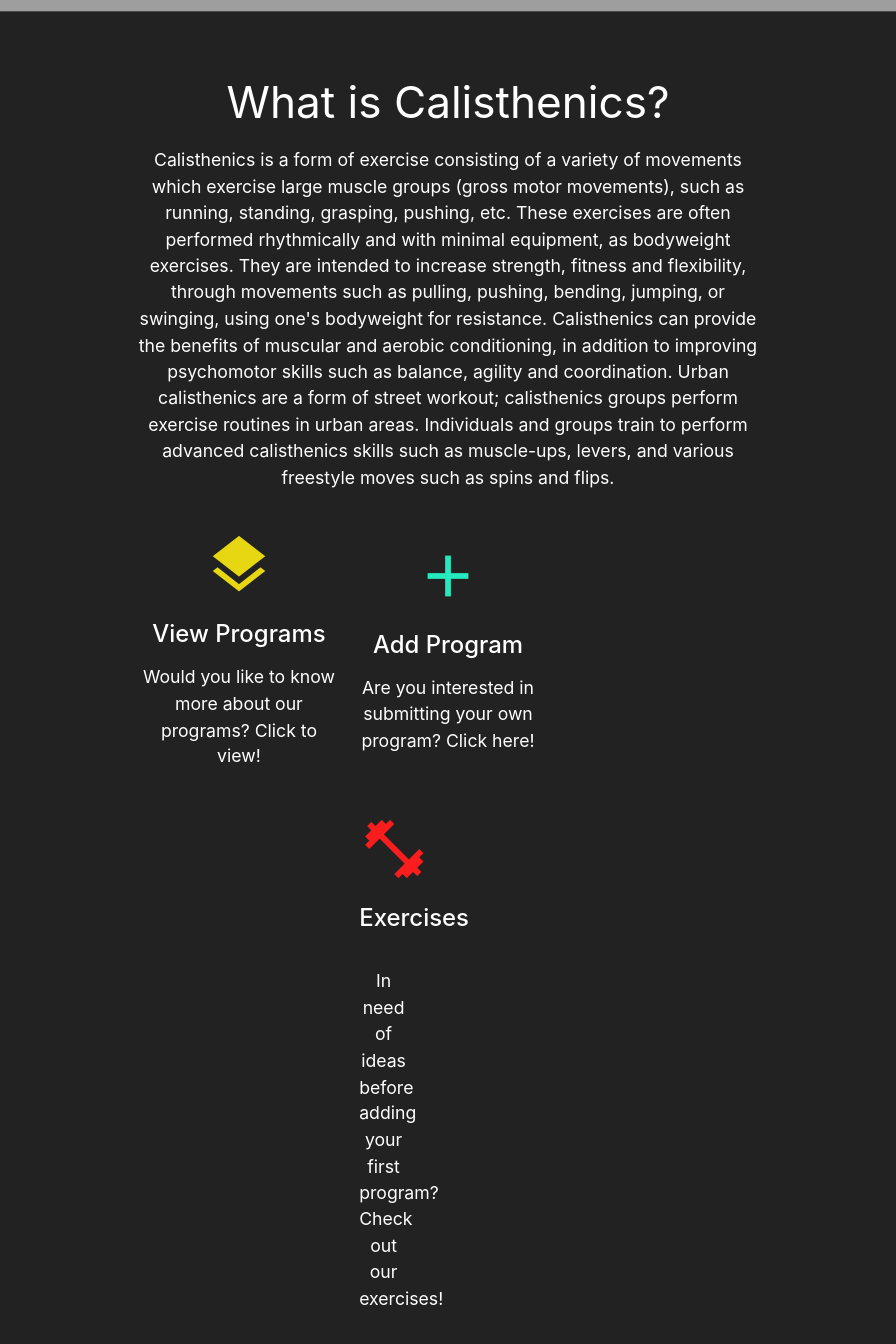
Repository: Ario124/calisthenics-project
Page: http://localhost/
The author's editor kept a record of every edit. The page is drawn from the files as they stood at one moment, then again after the next edit.
The browser window is 1280 px wide. The pictures show the part of the page from y = 703 to 2623 px (the page is 2623 px tall before and 1892 px after), at 70% of full size.
Pictures or frames that could not be fetched are drawn as grey boxes. The page is served by the project's application, run on Flask 3 (app.py).

Above is the page before.

### templates/index.html
{% extends 'base.html' %} {% block content %}

<div class="video-container">
    <iframe src="///www.youtube.com/embed/FHBtLAvNGo4?start=14&end=103&controls=0&showinfo=0&rel=0&autoplay=1&loop=1&playlist=FHBtLAvNGo4&mute=1" frameborder="0" allowfullscreen></iframe>
</div>


<div class="container">
    <div class="col s12 center">
        <h1 class="center expert_title">What is Calisthenics?</h1>

        <p class="flow-text">
            Calisthenics is a form of exercise consisting of a variety of movements which exercise large muscle groups (gross motor movements), such as running, standing, grasping, pushing, etc. These exercises are often performed rhythmically and with minimal equipment,
            as bodyweight exercises.<span class="hide-on-med-and-down"> They are intended to increase strength, fitness and flexibility, through
                                    movements such as pulling, pushing, bending, jumping, or swinging, using one's bodyweight for resistance. Calisthenics can provide
                                    the benefits of muscular and aerobic conditioning, in addition to improving psychomotor skills such as balance, agility and coordination.

                                    Urban calisthenics are a form of street workout; calisthenics groups perform exercise routines in urban areas.
                                    Individuals and groups train to perform advanced calisthenics skills such as muscle-ups, levers, and various freestyle moves such as spins and flips.</span>

        </p>

        <ul class="hide-on-large-only collapsible">
            <li>
                <div class="collapsible-header"><i class="material-icons">info_outline</i>Read More</div>
                <div class="collapsible-body flow-text"><span>They are intended to increase strength, fitness and flexibility, through
                                    movements such as pulling, pushing, bending, jumping, or swinging, using one's bodyweight for resistance. Calisthenics can provide
                                    the benefits of muscular and aerobic conditioning, in addition to improving psychomotor skills such as balance, agility and coordination.

                                    Urban calisthenics are a form of street workout; calisthenics groups perform exercise routines in urban areas.
                                    Individuals and groups train to perform advanced calisthenics skills such as muscle-ups, levers, and various freestyle moves such as spins and flips.</span></div>
            </li>
        </ul>
    </div>
    <div class="center-align row">

        <div class="col s4">
            <a href="{{url_for('get_programs')}}"><i class="material-icons icon-size icon-color">layers</i></a>
            <h4><strong>View Programs</strong></h4>
            <p class="flow-text">Would you like to know more about our programs? Click to view!</p>
        </div>
        <div class="col s4">
            <div class="section">
            <a href="{{url_for('add_program')}}"> <i class="material-icons icon-size icon-color2">add</i></a>
            <h4><strong>Add Program</strong></h4>
            <p class="flow-text">Are you interested in submitting your own program? Click here!</p>
        </div>
        <div class="col s4">
                <div class="section">
            <a href="{{url_for('exercises')}}"> <i class="material-icons icon-size icon-exercises">fitness_center</i></a>
            <h4><strong>Exercises</strong></h4></div>
            <p class="flow-text">In need of ideas before adding your first program? Check out our exercises!</p>
        </div>

    </div>
</div>

{% endblock %}

### templates/base.html
<!DOCTYPE html>
<html lang="en">
<head>
    <meta charset="UTF-8">
    <meta name="viewport" content="width=device-width, initial-scale=1">
    <link href="https://fonts.googleapis.com/icon?family=Material+Icons" rel="stylesheet">
    <link rel="stylesheet" href="https://cdnjs.cloudflare.com/ajax/libs/materialize/1.0.0/css/materialize.min.css">
    <link rel="stylesheet" href="{{url_for('static', filename="css/main.css")}}" type="text/css" />

    <title>Calisthenics Project</title>
    <link rel="icon" href="https://d1ujqdpfgkvqfi.cloudfront.net/favicon-generator/htdocs/favicons/2019-09-19/50f3ab5b7a10e0ae0911c83435938cd6.ico.png">

</head>
<body>
    <header>

        <div class="navbar-fixed">
            <nav>
                <div class="nav-wrapper">
                    <a href="{{url_for('home')}}" class="brand-logo center"><i class="material-icons hoomee">home</i>Calisthenics</a>
                    <a href="#" data-target="mobile-demo" class="sidenav-trigger"><i class="material-icons">menu</i></a>
                    <ul class="right hide-on-med-and-down">
                        <li><a href="{{url_for('get_programs')}}">View Programs</a></li>
                        <li><a href="{{url_for('add_program')}}">Add Program</a></li>
                        <li><a href="{{url_for('exercises')}}">Exercises</a></li>
                        <li><a href="{{url_for('contact')}}">Contact Us</a></li>
                    </ul>
                </div>
            </nav>

            <ul class="sidenav" id="mobile-demo">
                <li><a class="sidenav-close" href="#!"><i class="material-icons">menu</i>Close</a></li>
                <li><a href="{{url_for('get_programs')}}">View Programs</a></li>
                <li><a href="{{url_for('add_program')}}">Add Program</a></li>
                <li><a href="{{url_for('exercises')}}">Exercises</a></li>
                <li><a href="{{url_for('contact')}}">Contact Us</a></li>
            </ul>
        </div>

    </header>
    {% block content %} {% endblock %}

    <script src="https://cdnjs.cloudflare.com/ajax/libs/jquery/3.4.1/jquery.min.js"></script>
    <script src="https://cdnjs.cloudflare.com/ajax/libs/materialize/1.0.0/js/materialize.min.js"></script>
    <script type="text/javascript">
        M.AutoInit()
    </script>

</body>

</html>

### app.py
import os
from flask import Flask, render_template, redirect, request, url_for
from flask_pymongo import PyMongo
from bson.objectid import ObjectId

app = Flask(__name__)


app.config["MONGO_DBNAME"] = 'calisthenics-project'
app.config["MONGO_URI"] = 'mongodb+srv://root:pasol005@myfirstcluster-qno2b.mongodb.net/calisthenics?retryWrites=true&w=majority'


mongo = PyMongo(app)

@app.route('/')
@app.route('/home')
def home():
    return render_template('index.html')

@app.route('/add_program')
def add_program():
    return render_template('add_program.html', categories =mongo.db.categories.find(), difficulty =mongo.db.difficulty.find())


@app.route('/categories')
def categories():
    return render_template('categories.html')

@app.route('/contact')
def contact():
    return render_template('contact.html')

@app.route('/get_programs')
def get_programs():
    return render_template('programs.html',
        training_programs=mongo.db.training_programs.find(), description =mongo.db.description.find())


@app.route('/insert_program', methods=['POST'])
def insert_program():
    training_programs = mongo.db.training_programs
    training_programs.insert_one(request.form.to_dict())
    return redirect(url_for('get_programs'))

@app.route('/edit_program/<program_id>')
def edit_program(program_id):
    _program = mongo.db.training_programs.find_one({"_id": ObjectId(program_id)})
    _categories = mongo.db.categories.find()
    _difficulty = mongo.db.difficulty.find()
    category_list = [category for category in _categories]
    difficulty_list = [difficult for difficult in _difficulty]
    return render_template('edit_program.html', program = _program, categories = category_list, difficulties = difficulty_list)


@app.route('/update_program/<program_id>', methods=['POST'])
def update_program(program_id):
    training_programs = mongo.db.training_programs
    training_programs.update({'_id': ObjectId(program_id)},
    {
        'category_name':request.form.get('category_name'),
        'difficulty_level':request.form.get('difficulty_level'),
        'program_name':request.form.get('program_name'),
        'exercise':request.form.get('exercise'),
        'exercise2':request.form.get('exercise2'),
        'exercise3':request.form.get('exercise3'),
        'sets_amount':request.form.get('sets_amount'),
        'sets_amount2':request.form.get('sets_amount2'),
        'sets_amount3':request.form.get('sets_amount3'),
        'reps_amount':request.form.get('reps_amount'),
        'reps_amount2':request.form.get('reps_amount2'),
         'reps_amount3':request.form.get('reps_amount3'),
        'equipment_required':request.form.get('equipment_required'),
        'description':request.form.get('description')
    })
    return redirect(url_for('get_programs'))

@app.route('/add_exercise')
def add_exercise():
    return render_template('add_exercise.html')


@app.route('/delete_program/<program_id>')
def delete_program(program_id):
    mongo.db.training_programs.remove({'_id': ObjectId(program_id)})
    return redirect(url_for('get_programs'))


@app.route('/exercises')
def exercises():
    return render_template('exercises.html')

if __name__ == '__main__':
    app.run(host=os.environ.get('IP'),
            port=int(os.environ.get('PORT')),
            debug=True)

### static/css/main.css
nav {
    background-color: #317a90f7;

}

.brand-logo {
    font-size: 40px;
}

.video-container iframe, .video-container object, .video-container embed {
    position: absolute;
    top: 0;
    left: 0;
    width: 100%;
    height: 100%;

}


.circle {
    width: 36%;
}

.video-container {
    bottom: 65px;
    z-index: -4;
}

.collapsible-header {
background-color: transparent;
}

.icon-size {
    font-size: 100px;
    margin-top:30px;
}

.contoo {
    background-color: #212525e8;
    color: orange;
}

.program-header {
    margin-top: 5px;
}

.colored-title {
    color: #e85a13;
}

.icon-color {
    color: #e6d712;
}

.icon-color2 {
    color: #24eabe;
}

.btn-colored {
    background-color: #71c4d8e0;
}

.btn-colored:hover {
    background-color: #3196af;
}

.img-test {
    background-image: url("/static/images/Pushups.jpg");
}

.icon-exercises {
    font-size: 100px;
    margin-top:30px;
    color: #f91d1d;
}

.expert_title {
    margin-bottom: 30px;
    margin-top: 30px;
}
body {
    background-color: #222;
    color: white;
}

nav .brand-logo i, .hoomee {
    font-size: 40px;
}

.select-dropdown {
    color: white;
}

.select-dropdown li.disabled>span {
    color: white;
}

.select-dropdown:focus {
    color:white;
}

input {
    color:white;


}

.container {
    color:white;
}

textarea.materialize-textarea {
    color:white;
}

.dropdown-content {
    background-color: #313131;
}

.dropdown-content li>span {
    color:white;
}

.select-wrapper .caret {
    fill:white
}

.sidenav-overlay {
    opacity: 0 !important;
    position: relative;
}


/* MEDIA QUERIES */



@media all and (min-width: 480px) and (max-width: 768px) {
    nav {
        background-color: #d0501ef7;
    }
            .flow-text {
        font-size: 2.1rem;
    }
}

@media all and (min-width: 768px) and (max-width: 1024px) {

    nav {
        background-color: #d01e1ef7;
    }

        .flow-text {
        font-size: 2.1rem;
    }

}

After the next edit:
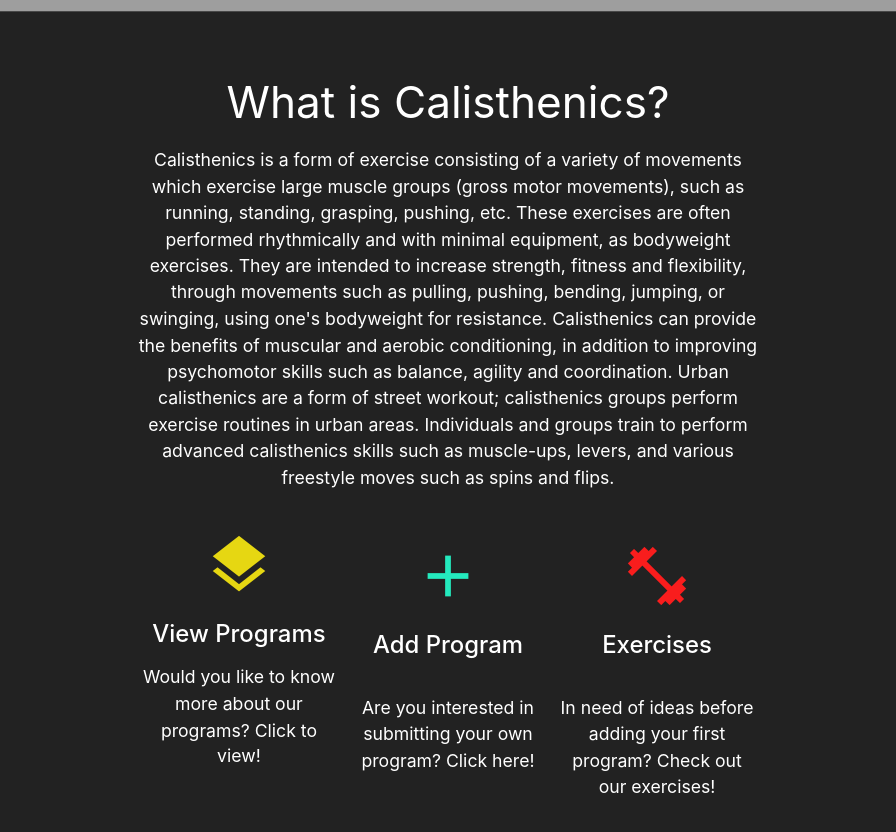
The edit:
--- a/templates/index.html
+++ b/templates/index.html
@@ -42,7 +42,7 @@
         <div class="col s4">
             <div class="section">
             <a href="{{url_for('add_program')}}"> <i class="material-icons icon-size icon-color2">add</i></a>
-            <h4><strong>Add Program</strong></h4>
+            <h4><strong>Add Program</strong></h4></div>
             <p class="flow-text">Are you interested in submitting your own program? Click here!</p>
         </div>
         <div class="col s4">
